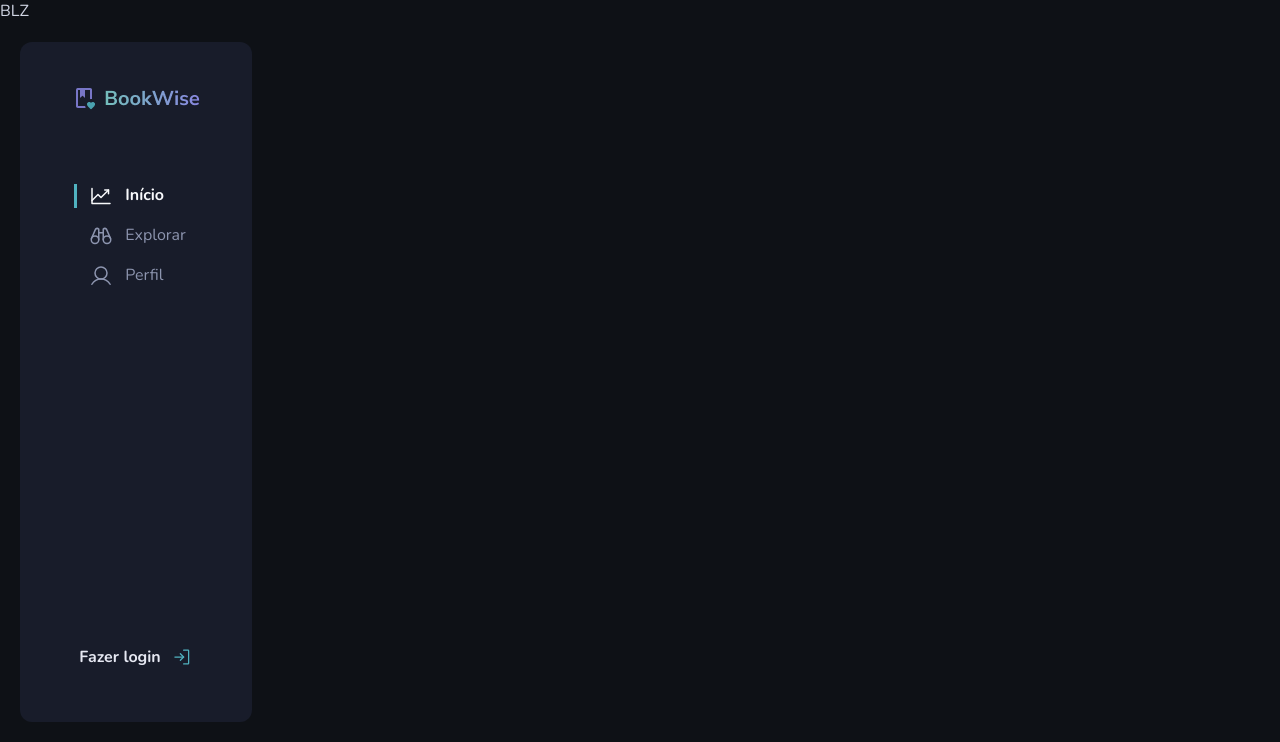
Repository: Giopol12/book-wise
Page: /index.page
The author's editor kept a copy of each file at every save. The page is drawn from the files as they stood at one save, then again after the next save.
The browser window is 1280 px wide. The pictures show the whole page.
The project was rebuilt for these pictures with package versions that can differ from the ones it lists, and the page was loaded fresh each time. The framework's server and built-in components were replaced by stand-ins that run in the browser. Also part of the build but not shown: next.config.js.

Above is the page before, as saved 2023-10-17 16:05:20.

After the next save:
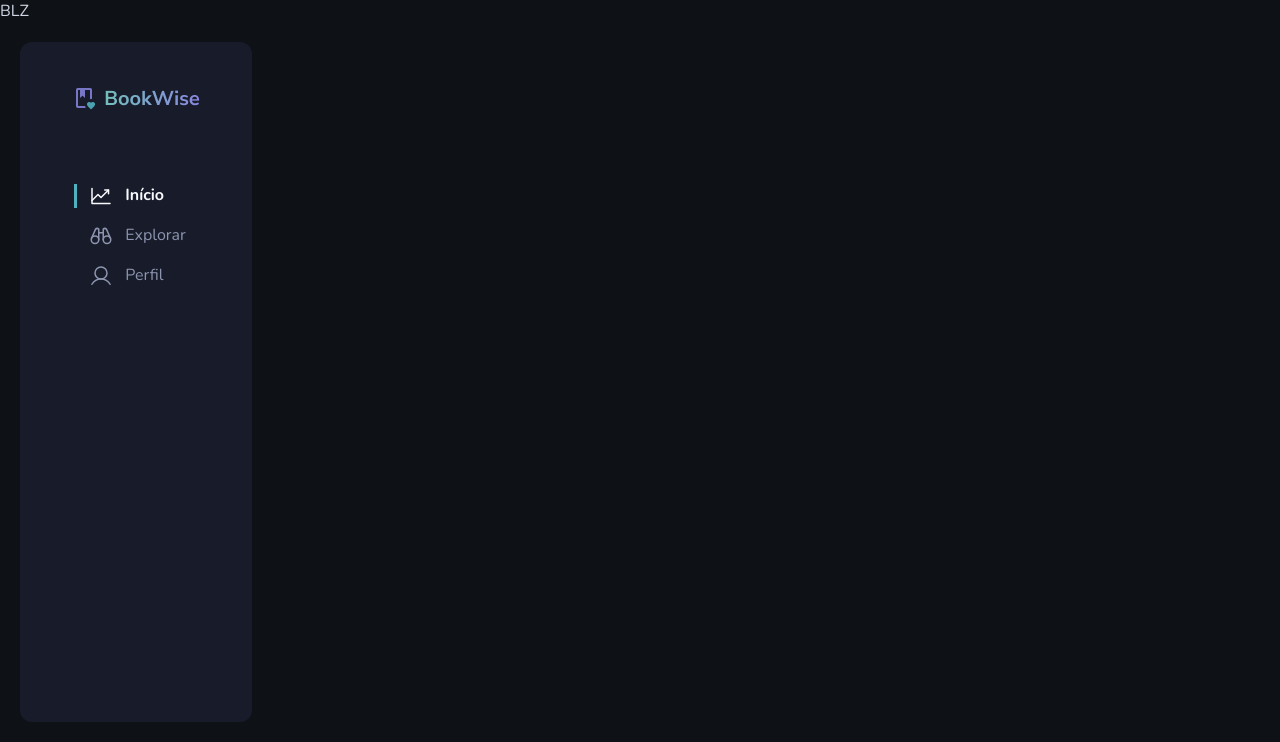
Saved 18 s later.
--- a/src/pages/home/components/Sidebar/index.tsx
+++ b/src/pages/home/components/Sidebar/index.tsx
@@ -34,7 +34,7 @@ export function Sidebar() {
         </NavContainer>
       </TopContainer>
       <LoginButton>
-        <strong>Fazer login</strong> <SignIn size={20} />
+        {/* <strong>Fazer login</strong> <SignIn size={20} /> */}
       </LoginButton>
     </SidebarContainer>
   )
